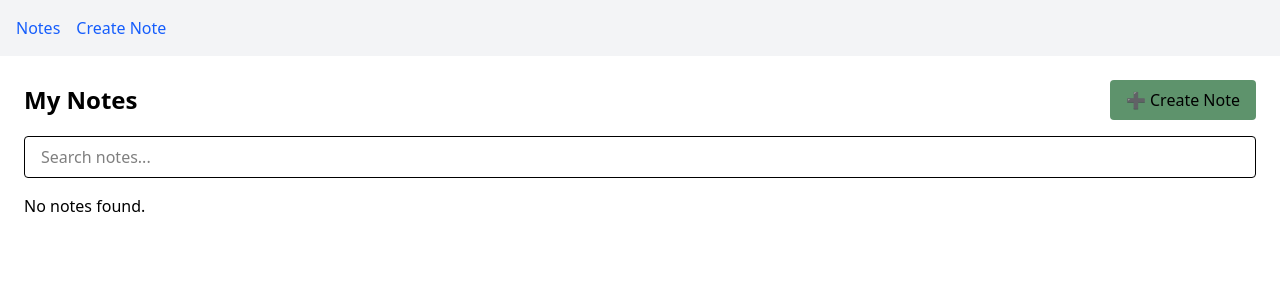
Repository: pin-seavmuy/NoteApplication
Page: / (app in note-vue/)
The author's editor kept a copy of each file at every save. The page is drawn from the files as they stood at one save, then again after the next save.
The browser window is 1280 px wide. The pictures show the whole page.
The page's requests for data from a server got no answer. The project was rebuilt for these pictures with package versions that can differ from the ones it lists, and the page was loaded fresh each time. No one was signed in, and anything a server would have sent is missing. Also part of the build but not shown: note-vue/vite.config.ts, note-vue/src/components/NoteWrapper.vue, note-vue/src/views/CreateNote.vue, note-vue/src/views/NoteDetail.vue, note-vue/src/views/UpdateNote.vue.

Above is the page before, as saved 2025-09-16 10:52:54.

### note-vue/src/main.ts
// import { createApp } from 'vue'
// import './style.css'
// import App from './App.vue'

// createApp(App).mount('#app')


import { createApp } from 'vue'
import App from './App.vue'
import router from './router'
import './style.css'

const app = createApp(App)
app.use(router)
app.mount('#app')

### note-vue/src/App.vue
<script setup lang="ts">
  import HelloWorld from './components/HelloWorld.vue'
  import NotesList from '../components/NotesList.vue'
</script>

<!-- <template>
  <div>
    <HelloWorld msg="Vite + Vue" />
    <NotesList />
  </div>
</template> -->

<template>
  <div>
    <nav class="p-4 bg-gray-100 flex space-x-4">
      <router-link to="/" class="text-blue-600 hover:underline">Notes</router-link>
      <router-link to="/create" class="text-blue-600 hover:underline">Create Note</router-link>
    </nav>

    <router-view />
  </div>
</template>

<style scoped>
</style>

### note-vue/src/router/index.ts
import { createRouter, createWebHistory } from 'vue-router'

import NotesList from '../views/NotesList.vue'
import CreateNote from '../views/CreateNote.vue'
import NoteDetail from '../views/NoteDetail.vue'
import UpdateNote from '../views/UpdateNote.vue'

const routes = [
  {
    path: '/',
    name: 'NotesList',
    component: NotesList,
  },
  {
    path: '/create',
    name: 'CreateNote',
    component: CreateNote,
  },
  {
    path: '/notes/:id',
    name: 'NoteDetail',
    component: NoteDetail,
    props: true,
  },
    {
    path: '/notes/:id/edit',
    name: 'UpdateNote',
    component: UpdateNote,
    props: true
    }
]

const router = createRouter({
  history: createWebHistory(),
  routes,
})

export default router

### note-vue/src/views/NotesList.vue
<template>
  <div class="p-6">
    <div class="flex items-center justify-between mb-4">
      <h1 class="text-2xl font-bold">My Notes</h1>
      <router-link
        to="/create"
        class="text-base px-4 py-2 rounded text-black hover:brightness-90"
        style="background-color: #5E936C;"
      >
        ➕ Create Note
      </router-link>

    </div>



    <input
      v-model="search"
      type="text"
      placeholder="Search notes..."
      class="px-4 py-2 border rounded w-full mb-4"
    />

    <div v-if="loading">Loading...</div>
    <div v-else-if="filteredNotes.length === 0">No notes found.</div>

    <div
      v-else
      class="grid gap-4 grid-cols-1 sm:grid-cols-2 lg:grid-cols-3 xl:grid-cols-4"
    >
      <NoteWrapper
        v-for="note in filteredNotes"
        :key="note.id"
        :note="note"
      />
    </div>
  </div>
</template>

<script setup lang="ts">
import { ref, computed, onMounted } from 'vue'
import api from '../api/axios'
import NoteWrapper from '../components/NoteWrapper.vue'

interface Note {
  id: number
  title: string
  content: string | null
  createdAt: string
  updatedAt?: string | null
}

const notes = ref<Note[]>([])
const loading = ref(false)
const search = ref('')

async function fetchNotes() {
  loading.value = true
  try {
    const res = await api.get('/Notes')
    notes.value = res.data as Note[]
  } catch (error) {
    console.error('Error fetching notes:', error)
  } finally {
    loading.value = false
  }
}

const filteredNotes = computed(() =>
  notes.value.filter(note =>
    note.title.toLowerCase().includes(search.value.toLowerCase())
  )
)

onMounted(fetchNotes)
</script>

### note-vue/src/api/axios.ts
import axios from 'axios'

const api = axios.create({
  baseURL: 'http://localhost:5258/api',
})

export default api;

Loaded but not shown: note-vue/index.html (common file); note-vue/src/style.css (common file)

After the next save:
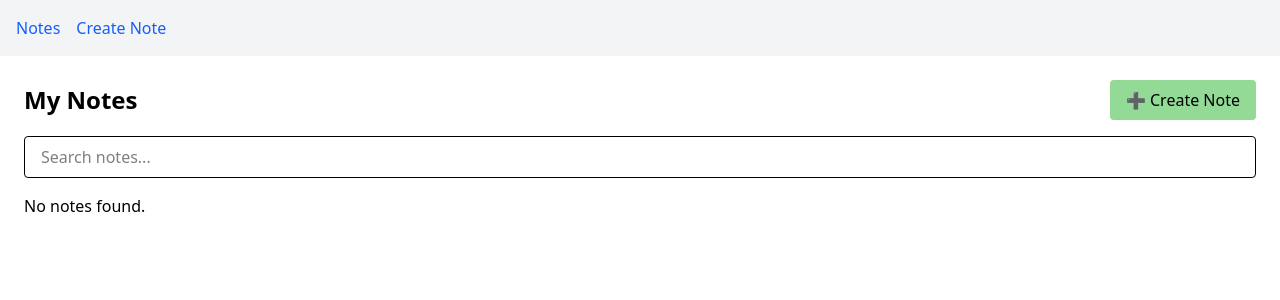
Saved 12 s later.
--- a/note-vue/src/views/NotesList.vue
+++ b/note-vue/src/views/NotesList.vue
@@ -5,7 +5,7 @@
       <router-link
         to="/create"
         class="text-base px-4 py-2 rounded text-black hover:brightness-90"
-        style="background-color: #5E936C;"
+        style="background-color: #93DA97;"
       >
         ➕ Create Note
       </router-link>
